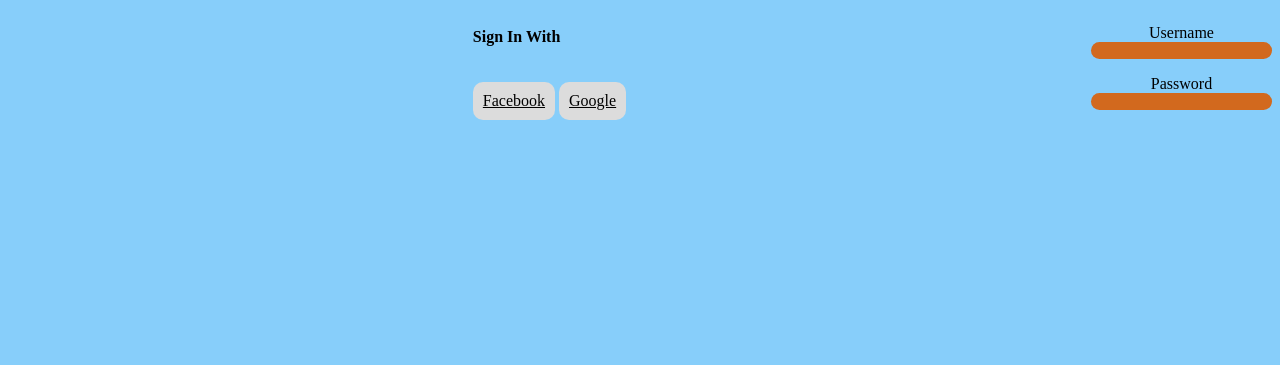
Repository: Tobby004/bdc-assignment-2
Page: index.html
These files come from the project's save history. The page is drawn as it stood at one moment and after the next save; the edit follows.
The browser window is 1280 px wide. The pictures show the whole page.

Above is the page before, as saved 2023-02-08 05:01:15.

### index.html
<!DOCTYPE html>
<html lang="en">
<head>
    <meta charset="UTF-8">
    <meta http-equiv="X-UA-Compatible" content="IE=edge">
    <meta name="viewport" content="width=<device-width>, initial-scale=1.0">
    <title>Document</title>
    <link rel="stylesheet" href="task.css">
</head>
<body>
    <header>
    <div class="flex-container">
        <div>
            <strong>Sign In With </strong>
        </div>
        <br>
        <br>
        <a href="#">
            Facebook</a>
            <a href="#">
                Google
            </a>
        </header>

        <center><div class="form input">
        <p>Username
            <input type="text" placeholder="" />
        </p>
         <p>Password
            <input type="password" /></
         </p>
        <center>
        </div>

</body>
</html>

### task.css
* {
    box-sizing: border-box;
}
body {
    background-color: lightskyblue;
    display: flex;
}
header {
    font-size: medium;
    border-bottom: 20px;
    padding: 20px;
    margin-left: auto;
    margin-right: auto;
    justify-content: center;
}
div a {
    background: gainsboro;
    display: inline-flex;
    padding:10px;
    color: black;
    border-radius: 10px;
    margin-left: auto;
    margin-right: auto;
}
.form-input {
    max-width: 500px;
    width: 100px;

    margin-right: auto;
}
input{
    display: block;
    background-color: chocolate;
    border-radius: 15px;
    border: none;
    margin-bottom: none;
}

After the next save:
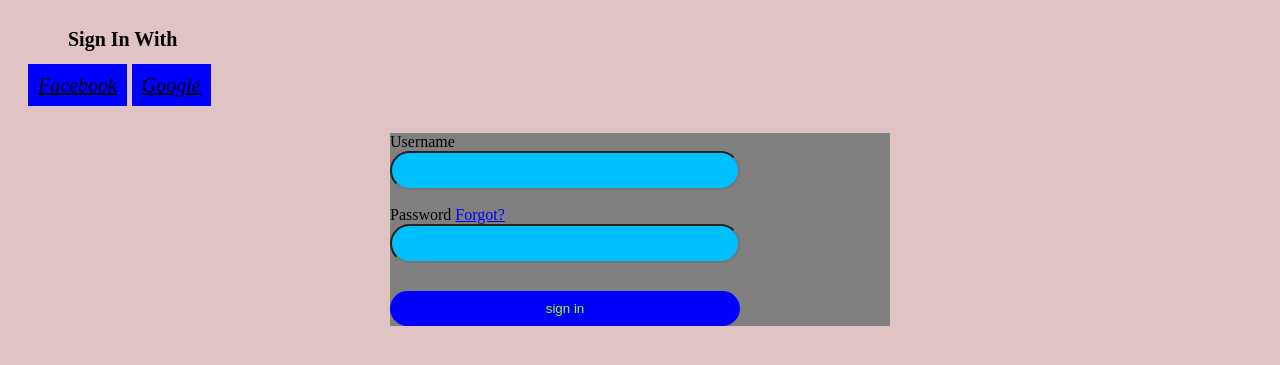
Saved 4 h 20 min later.
--- a/index.html
+++ b/index.html
@@ -11,7 +11,7 @@
     <header>
     <div class="flex-container">
         <div>
-            <strong>Sign In With </strong>
+            <b>Sign In With </b>
         </div>
         <br>
         <br>
@@ -22,14 +22,18 @@
             </a>
         </header>
 
-        <center><div class="form input">
+        <div class="form-input">
         <p>Username
+            <br>
             <input type="text" placeholder="" />
         </p>
          <p>Password
+            <a href="#">Forgot?</a>
+            <br>
             <input type="password" /></
          </p>
-        <center>
+         <br>
+         <button>sign in</button>
         </div>
 
 </body>
--- a/task.css
+++ b/task.css
@@ -1,37 +1,52 @@
-* {
+*{
     box-sizing: border-box;
 }
 body {
-    background-color: lightskyblue;
-    display: flex;
-}
-header {
-    font-size: medium;
-    border-bottom: 20px;
-    padding: 20px;
-    margin-left: auto;
-    margin-right: auto;
+    background-color: rgb(224, 195, 195);
     justify-content: center;
 }
-div a {
-    background: gainsboro;
-    display: inline-flex;
-    padding:10px;
+header{
+    padding: 20px;
+
+}
+header a {
+    padding: 10px;
+    width: 100%;
+    max-width: 500px;
+    font-style: italic;
+    background: blue;
     color: black;
-    border-radius: 10px;
+
+}
+header div {
+    display: inline;
+    padding: 20px;
+    font-size: 20px;
+    max-width: 500px;
     margin-left: auto;
     margin-right: auto;
 }
 .form-input {
+    background-color: grey;
+    width: 100%;
     max-width: 500px;
-    width: 100px;
-
+    margin-left: auto;
     margin-right: auto;
 }
-input{
+input {
     display: block;
-    background-color: chocolate;
-    border-radius: 15px;
+    width: 70%;
+    background-color: deepskyblue;
+    border-radius: 20px;
+    margin-bottom: 10px;
+    padding: 10px;
+}
+button {
+    display: block;
+    width: 70%;
     border: none;
-    margin-bottom: none;
+    padding: 10px;
+    border-radius: 20px;
+    background-color: blue;
+    color: rgb(153, 255, 20);
 }
